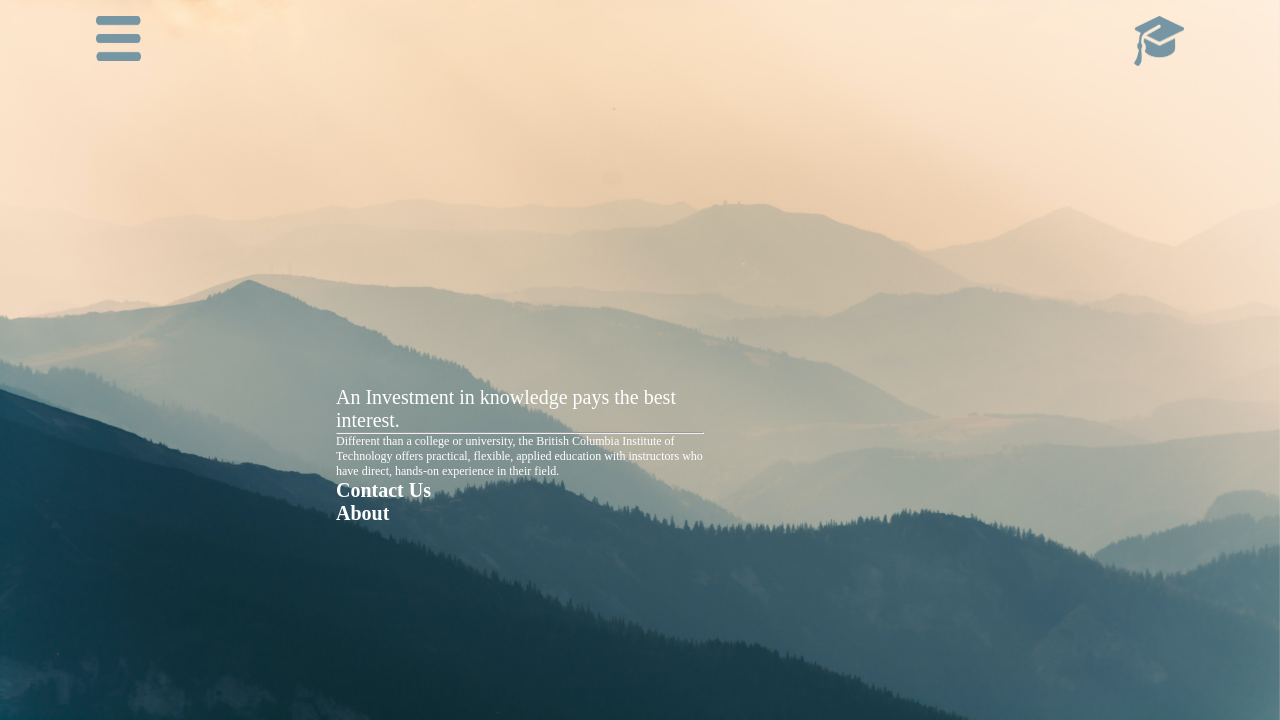
Repository: anoncoderin/assignment01-withCarousel-Madhu
Page: /
The author's editor kept a copy of each file at every save. The page is drawn from the files as they stood at one save, then again after a run of saves.
The browser window is 1280 px wide. The pictures show the whole page.
The project was rebuilt for these pictures with package versions that can differ from the ones it lists, and the page was loaded fresh each time. The framework's server and built-in components were replaced by stand-ins that run in the browser. Also part of the build but not shown: next.config.js.

Above is the page before, as saved 2023-02-01 22:15:13.

### pages/index.js
import Head from 'next/head'
import Image from 'next/image'
import { Inter } from '@next/font/google'
import styles from '@/styles/Home.module.css'
import Link from 'next/link'


const inter = Inter({ subsets: ['latin'] });
const Myimage = (props) => {
  return (
    <Image src='/images/backgroundMountain.jpg' fill='true' />
  )
}


export default function Home() {
  return (
    <>
      <Head>
        <title>Create Next App</title>
        <meta name="description" content="Generated by create next app" />
        <meta name="viewport" content="width=device-width, initial-scale=1" />
        <link rel="icon" href="/favicon.ico" />
      </Head>



      <div className={styles.backimage}>
        <Image src='/images/backgroundMountain.jpg' fill='true' />
      </div>
      <main className={styles.main}>
        <div className={styles.info}>
          <div className={styles.nav}>
            <Image src='/images/icons/icons/menu-icon.png' height={45} width={45}></Image>
            <Image src='/images/favicon/favicon.png' height={50} width={50}></Image>

          </div>
          <div className={styles.container}>
            <p className={styles.info}>
              An Investment in knowledge pays the best interest.
            </p>
            <hr/>
            <p className={styles.smallp}>Different than a college or university, the British Columbia Institute of
            Technology offers practical, flexible, applied education with instructors who have direct,
            hands-on experience in their field.</p>

            <Link href="contact"><b>Contact Us</b></Link>
          <Link href="about"><b>About</b></Link>
          </div>
        </div>



      </main>

    </>
  )
}

### styles/Home.module.css
.main {
  display: flex;
  flex-direction: column;
  justify-content: space-between;
  padding: 1rem;
  min-height: 100vh;
}

.backimage{
  z-index: -1;
        position:fixed;
        width: 100vw;
        height: 100vh;
}

.nav{
  display: flex;
  flex-direction: row;
  justify-content: space-between;
  padding-left: 5rem;
  padding-right: 5rem;
}

.info{
  display: flex;
  flex-direction: column;
  font-family: 'Times New Roman', Times, serif;
  font-size: 20px;
  font-weight: 300;
  color: white;

}

.container{
  display: flex;
  flex-direction: column;
  padding-left: 20rem;
  padding-top: 20rem;
  padding-right: 35rem;
}

.smallp{
  font-size: 12px;
}

/*old CSS*/

.description {
  display: inherit;
  justify-content: inherit;
  align-items: inherit;
  font-size: 0.85rem;
  max-width: var(--max-width);
  width: 100%;
  z-index: 2;
  font-family: var(--font-mono);
}

.description a {
  display: flex;
  justify-content: center;
  align-items: center;
  gap: 0.5rem;
}

.description p {
  position: relative;
  margin: 0;
  padding: 1rem;
  background-color: rgba(var(--callout-rgb), 0.5);
  border: 1px solid rgba(var(--callout-border-rgb), 0.3);
  border-radius: var(--border-radius);
}

.code {
  font-weight: 700;
  font-family: var(--font-mono);
}

.grid {
  display: grid;
  grid-template-columns: repeat(4, minmax(25%, auto));
  width: var(--max-width);
  max-width: 100%;
}

.card {
  padding: 1rem 1.2rem;
  border-radius: var(--border-radius);
  background: rgba(var(--card-rgb), 0);
  border: 1px solid rgba(var(--card-border-rgb), 0);
  transition: background 200ms, border 200ms;
}

.card span {
  display: inline-block;
  transition: transform 200ms;
}

.card h2 {
  font-weight: 600;
  margin-bottom: 0.7rem;
}

.card p {
  margin: 0;
  opacity: 0.6;
  font-size: 0.9rem;
  line-height: 1.5;
  max-width: 30ch;
}

.center {
  display: flex;
  justify-content: center;
  align-items: center;
  position: relative;
  padding: 4rem 0;
}

.center::before {
  background: var(--secondary-glow);
  border-radius: 50%;
  width: 480px;
  height: 360px;
  margin-left: -400px;
}

.center::after {
  background: var(--primary-glow);
  width: 240px;
  height: 180px;
  z-index: -1;
}

.center::before,
.center::after {
  content: '';
  left: 50%;
  position: absolute;
  filter: blur(45px);
  transform: translateZ(0);
}

.logo,
.thirteen {
  position: relative;
}

.thirteen {
  display: flex;
  justify-content: center;
  align-items: center;
  width: 75px;
  height: 75px;
  padding: 25px 10px;
  margin-left: 16px;
  transform: translateZ(0);
  border-radius: var(--border-radius);
  overflow: hidden;
  box-shadow: 0px 2px 8px -1px #0000001a;
}

.thirteen::before,
.thirteen::after {
  content: '';
  position: absolute;
  z-index: -1;
}

/* Conic Gradient Animation */
.thirteen::before {
  animation: 6s rotate linear infinite;
  width: 200%;
  height: 200%;
  background: var(--tile-border);
}

/* Inner Square */
.thirteen::after {
  inset: 0;
  padding: 1px;
  border-radius: var(--border-radius);
  background: linear-gradient(
    to bottom right,
    rgba(var(--tile-start-rgb), 1),
    rgba(var(--tile-end-rgb), 1)
  );
  background-clip: content-box;
}

/* Enable hover only on non-touch devices */
@media (hover: hover) and (pointer: fine) {
  .card:hover {
    background: rgba(var(--card-rgb), 0.1);
    border: 1px solid rgba(var(--card-border-rgb), 0.15);
  }

  .card:hover span {
    transform: translateX(4px);
  }
}

@media (prefers-reduced-motion) {
  .thirteen::before {
    animation: none;
  }

  .card:hover span {
    transform: none;
  }
}

/* Mobile */
@media (max-width: 700px) {
  .content {
    padding: 4rem;
  }

  .grid {
    grid-template-columns: 1fr;
    margin-bottom: 120px;
    max-width: 320px;
    text-align: center;
  }

  .card {
    padding: 1rem 2.5rem;
  }

  .card h2 {
    margin-bottom: 0.5rem;
  }

  .center {
    padding: 8rem 0 6rem;
  }

  .center::before {
    transform: none;
    height: 300px;
  }

  .description {
    font-size: 0.8rem;
  }

  .description a {
    padding: 1rem;
  }

  .description p,
  .description div {
    display: flex;
    justify-content: center;
    position: fixed;
    width: 100%;
  }

  .description p {
    align-items: center;
    inset: 0 0 auto;
    padding: 2rem 1rem 1.4rem;
    border-radius: 0;
    border: none;
    border-bottom: 1px solid rgba(var(--callout-border-rgb), 0.25);
    background: linear-gradient(
      to bottom,
      rgba(var(--background-start-rgb), 1),
      rgba(var(--callout-rgb), 0.5)
    );
    background-clip: padding-box;
    backdrop-filter: blur(24px);
  }

  .description div {
    align-items: flex-end;
    pointer-events: none;
    inset: auto 0 0;
    padding: 2rem;
    height: 200px;
    background: linear-gradient(
      to bottom,
      transparent 0%,
      rgb(var(--background-end-rgb)) 40%
    );
    z-index: 1;
  }
}

/* Tablet and Smaller Desktop */
@media (min-width: 701px) and (max-width: 1120px) {
  .grid {
    grid-template-columns: repeat(2, 50%);
  }
}

@media (prefers-color-scheme: dark) {
  .vercelLogo {
    filter: invert(1);
  }

  .logo,
  .thirteen img {
    filter: invert(1) drop-shadow(0 0 0.3rem #ffffff70);
  }
}

@keyframes rotate {
  from {
    transform: rotate(360deg);
  }
  to {
    transform: rotate(0deg);
  }
}

Loaded but not shown: pages/_app.js (common file); pages/_document.js (common file); styles/globals.css (common file)

After the next 4 saves:
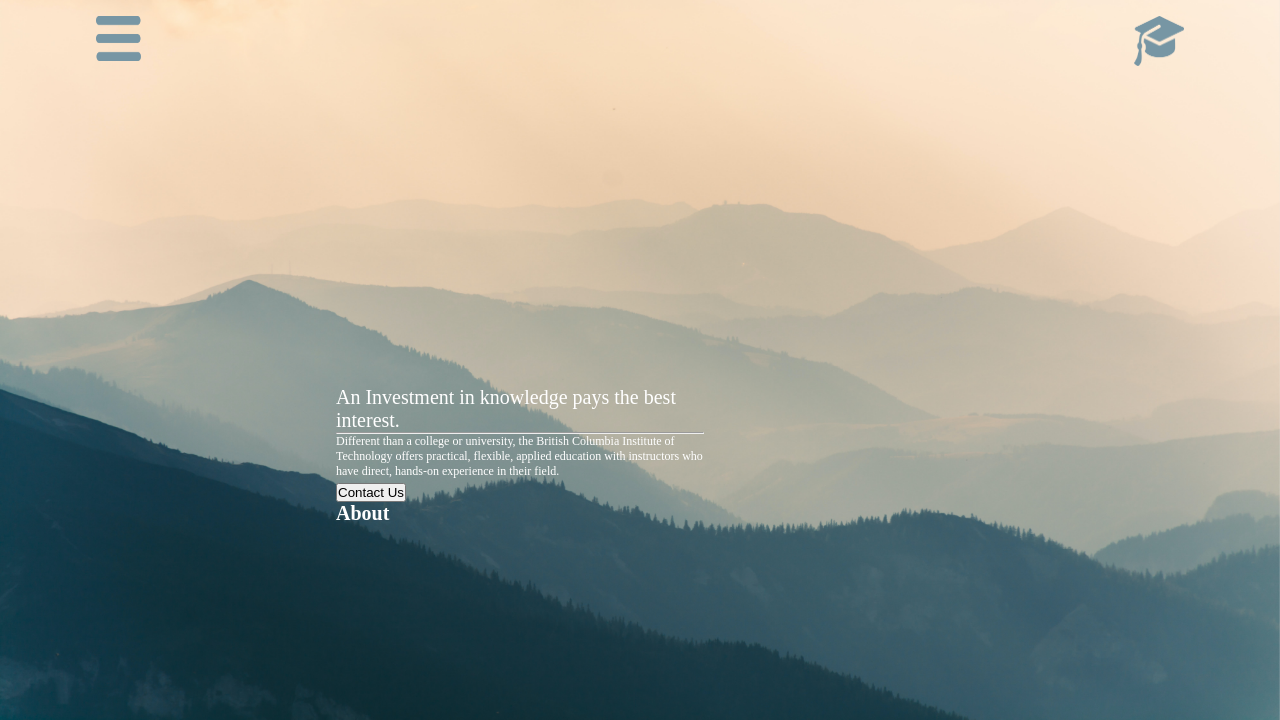
The 4 saves are shown as one change because 1 did not build or start and some came seconds apart.
The last was saved 3 min 39 s later.
--- a/pages/index.js
+++ b/pages/index.js
@@ -44,7 +44,7 @@ export default function Home() {
             Technology offers practical, flexible, applied education with instructors who have direct,
             hands-on experience in their field.</p>
 
-            <Link href="contact"><b>Contact Us</b></Link>
+            <Link href="contact"><button>Contact Us</button></Link>
           <Link href="about"><b>About</b></Link>
           </div>
         </div>
